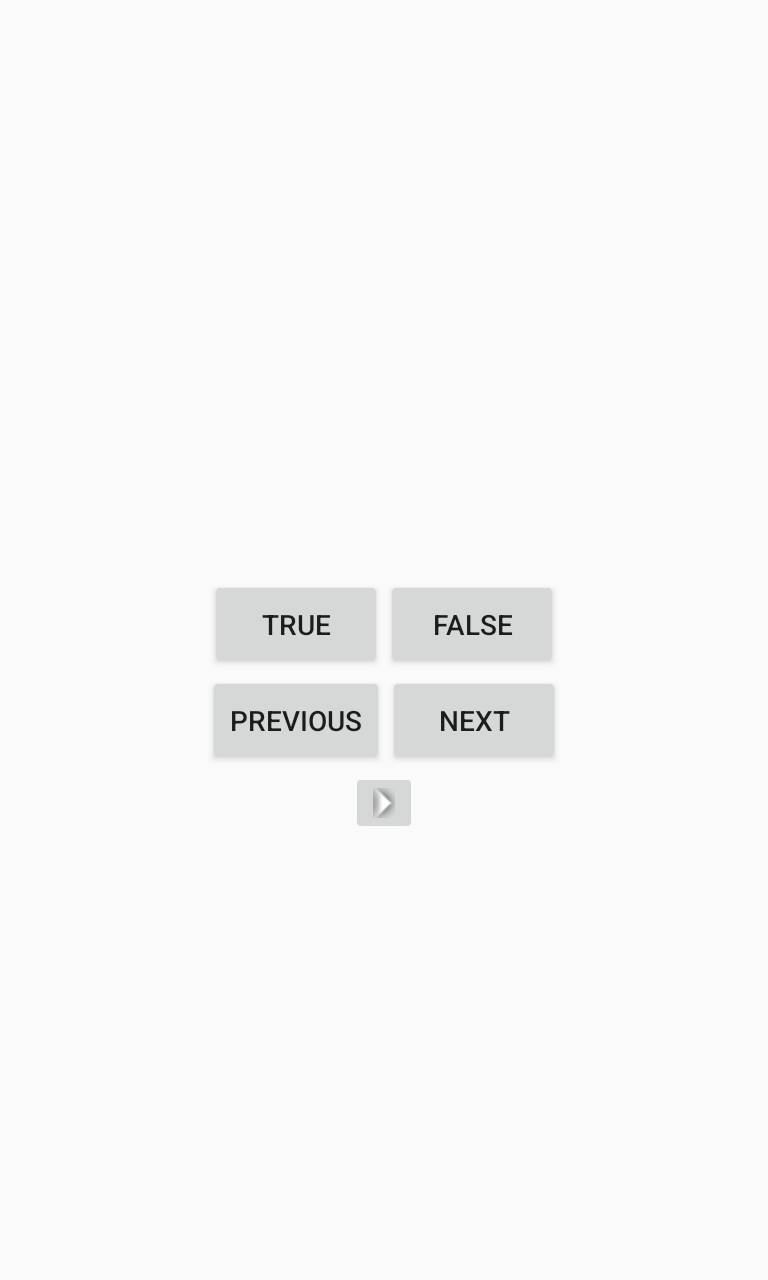
Repository: DaleJulian/AndroidTraining
Layout: GeoQuiz/res/layout/activity_quiz.xml
These files come from the project's save history. The layout is drawn as it stood at one moment and after the next save; the edit follows.
It is drawn on a 768 x 1280 px phone screen (xhdpi) without system bars, with theme AppTheme; the app's code is not run.

Above is the layout before, as saved 2015-05-26 04:27:55.

After the next save:
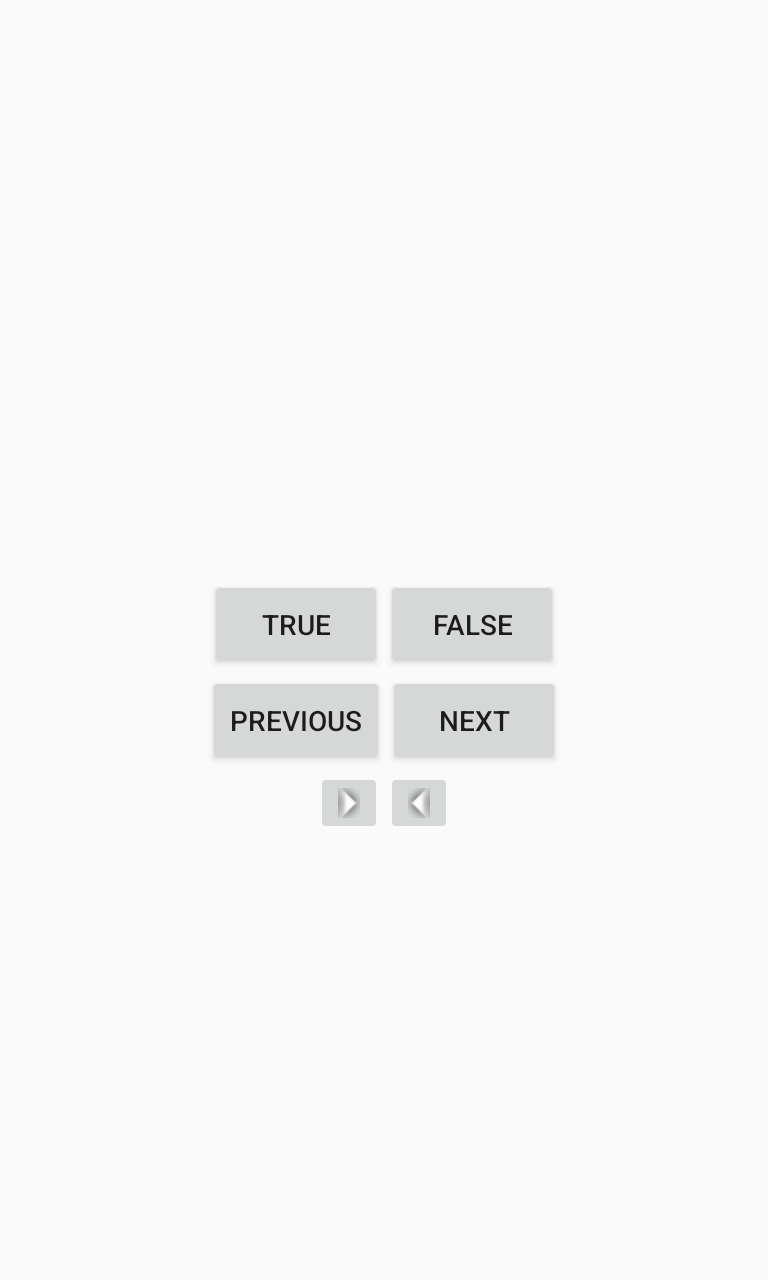
Saved 24 min 46 s later.
--- a/GeoQuiz/res/layout/activity_quiz.xml
+++ b/GeoQuiz/res/layout/activity_quiz.xml
@@ -62,6 +62,13 @@
 		    android:src="@drawable/arrow_right"
 		    />
 
+		<ImageButton
+		    android:id="@+id/prev_imagebutton"
+		    android:layout_width="wrap_content"
+		    android:layout_height="wrap_content"
+		    android:src="@drawable/arrow_left"
+		    />
+
 	</LinearLayout>
 
 </LinearLayout>
